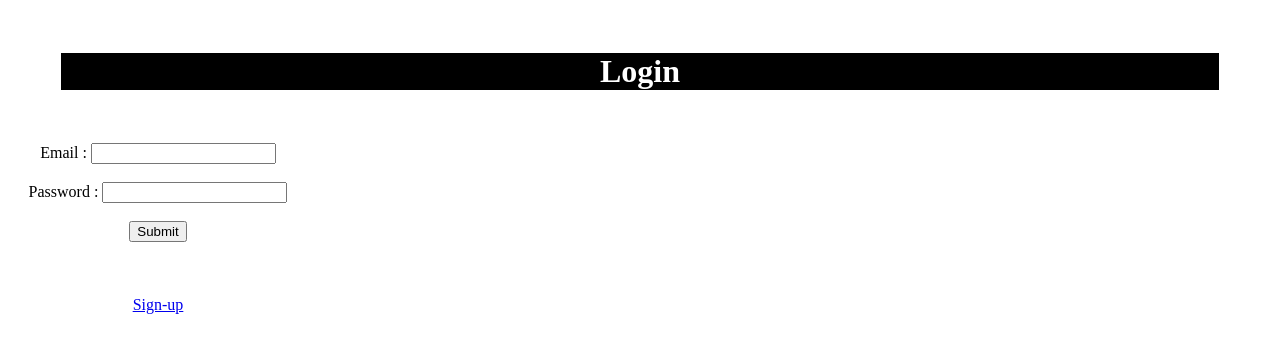
Repository: KD3-86718-yagywalky/Advance-java
Page: Assignment02/secondapp/src/main/webapp/index.html
The author's editor kept a copy of each file at every save. The page is drawn from the files as they stood at one save, then again after the next save.
The browser window is 1280 px wide. The pictures show the whole page.

Above is the page before, as saved 2024-12-03 10:18:08.

After the next save:
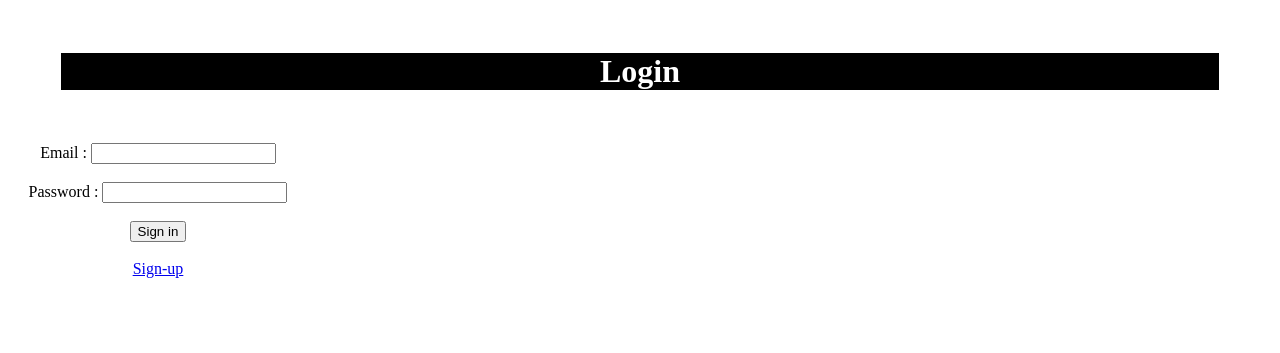
Saved 65 s later.
--- a/Assignment02/secondapp/src/main/webapp/index.html
+++ b/Assignment02/secondapp/src/main/webapp/index.html
@@ -13,9 +13,9 @@
 		<br/><br/>
 		Password : <input type="password" name="passwd"/>
 		<br/><br/>
-		<input type="submit" name="Sign in"/>
+		<input type="submit" value="Sign in"/>
 		</form>
-		<br/><br/><br/>
+		<br/>
 		<a href="Signup" >Sign-up</a>
 		</div>
 </body>
